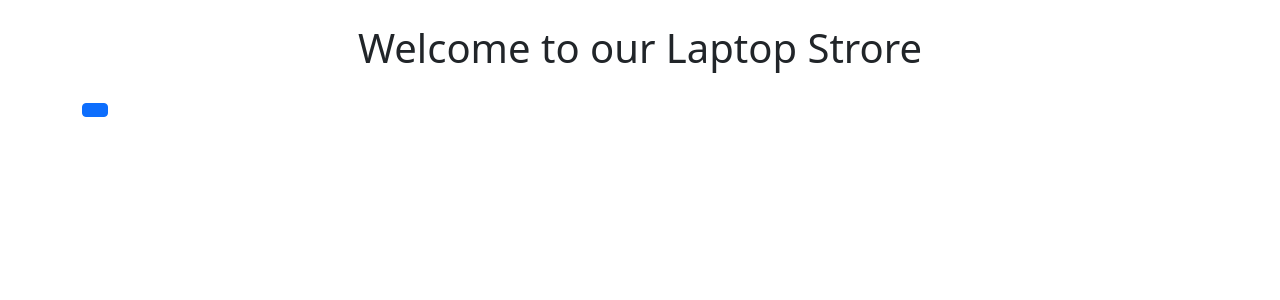
Repository: SulemanBhasha/Crud-App-By-SpringBoot
Page: LaptopStore/bestlaptopstore/src/main/resources/static/index.html
An editor plug-in stored every save of this project. The page is shown before and after the next save, followed by the edit.
The browser window is 1280 px wide. The pictures show the whole page.

Above is the page before, as saved 2024-04-22 18:08:26.

### LaptopStore/bestlaptopstore/src/main/resources/static/index.html
<!doctype html>
<html lang="en">
  <head>
    <!-- Required meta tags -->
    <meta charset="utf-8">
    <meta name="viewport" content="width=device-width, initial-scale=1">

    <!-- Bootstrap CSS -->
    <link href="https://cdn.jsdelivr.net/npm/bootstrap@5.0.2/dist/css/bootstrap.min.css" rel="stylesheet" integrity="sha384-EVSTQN3/azprG1Anm3QDgpJLIm9Nao0Yz1ztcQTwFspd3yD65VohhpuuCOmLASjC" crossorigin="anonymous">

    <title>Hello, world!</title>
  </head>
  <body>

 	<div class="container">
		 <h1 class="text-center my-4">Welcome to our Laptop Strore</h1>
		 <a href="/products" class="btn btn-primary"></a>
	 </div>
    <!-- Option 1: Bootstrap Bundle with Popper -->
    <script src="https://cdn.jsdelivr.net/npm/bootstrap@5.0.2/dist/js/bootstrap.bundle.min.js" integrity="sha384-MrcW6ZMFYlzcLA8Nl+NtUVF0sA7MsXsP1UyJoMp4YLEuNSfAP+JcXn/tWtIaxVXM" crossorigin="anonymous"></script>

    <!-- Option 2: Separate Popper and Bootstrap JS -->
    <!--
    <script src="https://cdn.jsdelivr.net/npm/@popperjs/core@2.9.2/dist/umd/popper.min.js" integrity="sha384-IQsoLXl5PILFhosVNubq5LC7Qb9DXgDA9i+tQ8Zj3iwWAwPtgFTxbJ8NT4GN1R8p" crossorigin="anonymous"></script>
    <script src="https://cdn.jsdelivr.net/npm/bootstrap@5.0.2/dist/js/bootstrap.min.js" integrity="sha384-cVKIPhGWiC2Al4u+LWgxfKTRIcfu0JTxR+EQDz/bgldoEyl4H0zUF0QKbrJ0EcQF" crossorigin="anonymous"></script>
    -->
  </body>
</html>

After the next save:
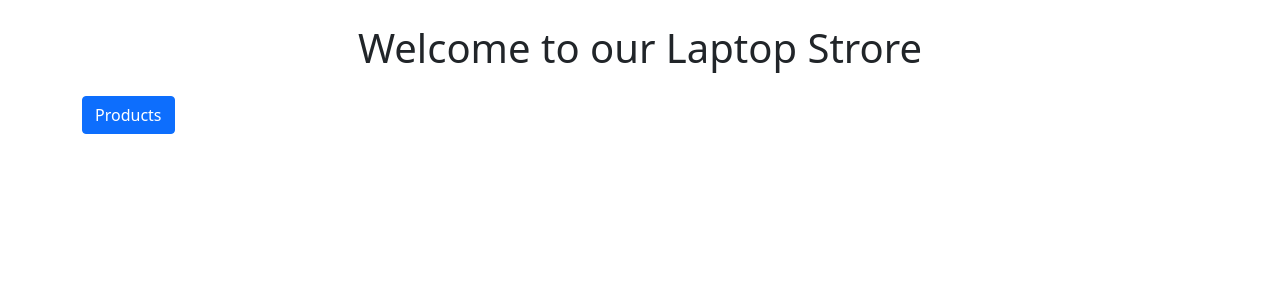
Saved 6 s later.
--- a/LaptopStore/bestlaptopstore/src/main/resources/static/index.html
+++ b/LaptopStore/bestlaptopstore/src/main/resources/static/index.html
@@ -14,7 +14,7 @@
 
  	<div class="container">
 		 <h1 class="text-center my-4">Welcome to our Laptop Strore</h1>
-		 <a href="/products" class="btn btn-primary"></a>
+		 <a href="/products" class="btn btn-primary">Products</a>
 	 </div>
     <!-- Option 1: Bootstrap Bundle with Popper -->
     <script src="https://cdn.jsdelivr.net/npm/bootstrap@5.0.2/dist/js/bootstrap.bundle.min.js" integrity="sha384-MrcW6ZMFYlzcLA8Nl+NtUVF0sA7MsXsP1UyJoMp4YLEuNSfAP+JcXn/tWtIaxVXM" crossorigin="anonymous"></script>
